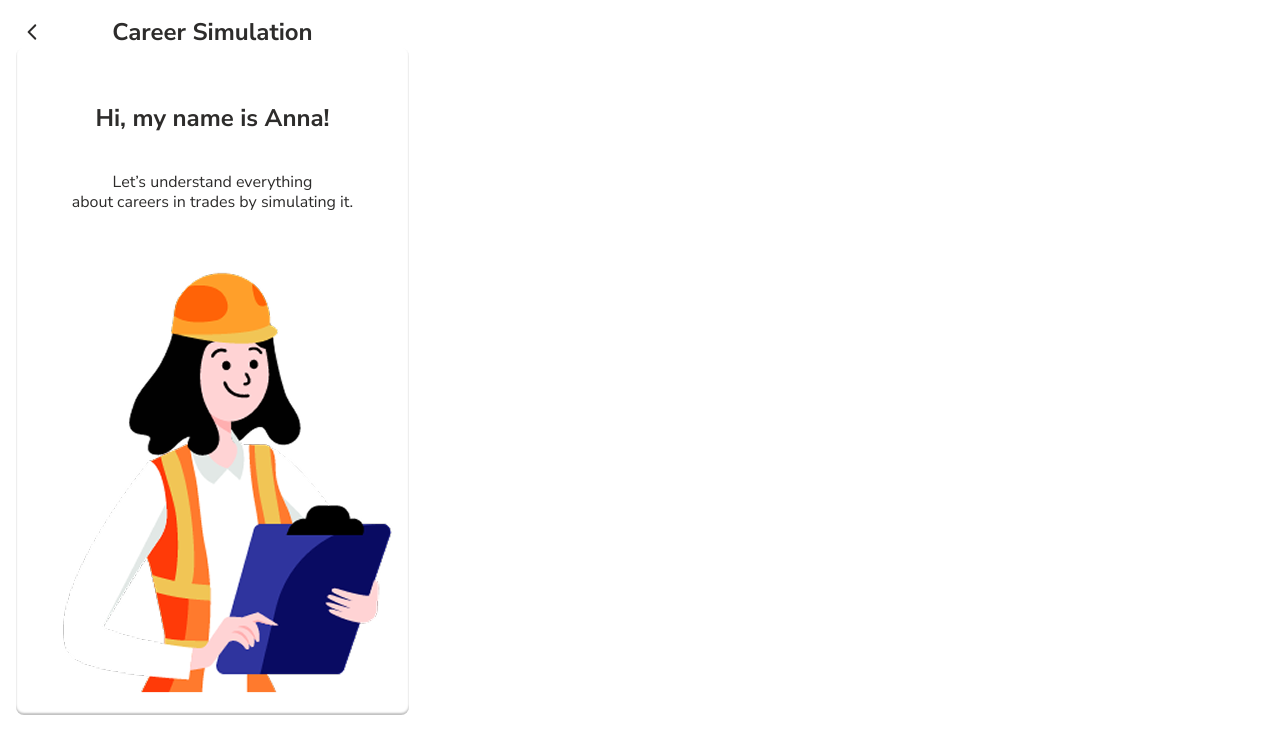
Repository: daniel-liu01/week10books
Page: /
These files come from the project's save history. The page is drawn as it stood at one moment and after the next save; the edit follows.
The browser window is 1280 px wide. The pictures show the whole page.
The project was rebuilt for these pictures with package versions that can differ from the ones it lists, and the page was loaded fresh each time. Also part of the build but not shown: vite.config.js, vite.config.ts, src/App.css.

Above is the page before, as saved 2025-10-17 18:05:37.

### index.html
<!DOCTYPE html>
<html lang="en">
    <head>
        <meta charset="UTF-8" />
        <link
            rel="icon"
            type="image/svg+xml"
            href="/vite.svg" />
        <meta
            name="viewport"
            content="width=device-width, initial-scale=1.0" />
        <title>frontend</title>
        <link
            rel="preconnect"
            href="https://fonts.googleapis.com" />
        <link
            rel="preconnect"
            href="https://fonts.gstatic.com"
            crossorigin />
        <link
            href="https://fonts.googleapis.com/css2?family=Nunito+Sans:ital,opsz,wght@0,6..12,200..1000;1,6..12,200..1000&display=swap"
            rel="stylesheet" />
    </head>
    <body>
        <div id="root"></div>
        <script
            type="module"
            src="/src/main.jsx"></script>
    </body>
</html>

### src/index.css
/* ------------------------------------------------------ GENERAL STYLES ------------------------------------------------------ */
*,
*::before,
*::after {
    box-sizing: inherit;
}

html,
body {
    padding: 0;

    font-family: var(--font-family);
    box-sizing: border-box;
}

body {
    width: 393px;
    min-height: 100vh;
    margin: 16px;
}

html {
    display: flex;
    align-items: flex-start;
}

/* ------------------------------------------------------ VARIABLES ------------------------------------------------------ */
:root {
    /* ----- COLORS ----- */
    --primary-50: #fff1e6;
    --primary-100: #ffd4b0;
    --primary-200: #ffbf8a;
    --primary-300: #ffa155;
    --primary-400: #ff8f34;
    --primary-500: #ff7301;
    --primary-600: #e86901;
    --primary-700: #b55201;
    --primary-800: #8c3f01;
    --primary-900: #6b3000;

    --secondary-50: #eefae6;
    --secondary-100: #cbefb1;
    --secondary-200: #b2e88b;
    --secondary-300: #8fdd55;
    --secondary-400: #79d635;
    --secondary-500: #58cc02;
    --secondary-600: #50ba02;
    --secondary-700: #3e9101;
    --secondary-800: #307001;
    --secondary-900: #255601;

    /* -- neutral colors -- */

    --offwhite-500: #f9f9f9;
    --white: #ffffff;
    --black-50: #eaeaea;
    --black-100: #bebebd;
    --black-200: #9e9e9d;
    --black-300: #727271;
    --black-400: #575655;
    --black-500: #2d2c2b;

    /* ----- TYPE ----- */
    --font-family: "Nunito Sans", sans-serif;

    --font-size-extra-large: 88px;
    --font-size-large: 30px;
    --font-size-extra-medium: 24px;
    --font-size-medium: 20px;
    --font-size-regular: 16px;
    --font-size-small: 12px;
    --font-size-extra-small: 10px;

    --font-style-normal: normal;
    --font-weight-bold: bold;

    --line-height-xxlarge: 100px;
    --line-height-large: 36px;
    --line-height-medium: 28px;
    --line-height-small: 20px;

    /* ----- SPACING ----- */
    --space-extra-small: 4px;
    --space-small: 8px;
    --space-regular: 16px;
    --space-medium: 32px;
    --space-large: 48px;
    --space-extra-large: 140px;

    /* ----- Inner shadow ----- */
    --inner-shadow: 0 -2px 2px 0 rgba(0, 0, 0, 0.25);
}

### src/App.jsx
import { useState } from "react";
import { BrowserRouter as Router, Routes, Route } from "react-router-dom";
import "./App.css";

import Simulation from "../app/Simulation/Simulation";

function App() {
    return (
        <div>
            <Simulation />
        </div>
    );
}

export default App;

### app/Simulation/Simulation.jsx
import styles from "./Simulation";
import HeadingBar from "../../components/HeadingBar/HeadingBar";
import Card from "../../components/Card/Card";

function Simulation() {
    return (
        <div>
            <HeadingBar />
            <Card
                image='Anna.png'
                title='Hi, my name is Anna!'
                description={
                    <>
                        Let’s understand everything <br />
                        about careers in trades by simulating it.
                    </>
                }
            />
        </div>
    );
}

export default Simulation;

### components/HeadingBar/HeadingBar.jsx
import styles from "./HeadingBar.module.css";
import ArrowBack from "../ArrowBack/ArrowBack";

function HeadingBar() {
    return (
        <div className={styles.heading_container}>
            <ArrowBack />
            <h1 className={styles.heading_pageTitle}>Career Simulation</h1>
            <div className={styles.heading_placeholder}></div>
        </div>
    );
}

export default HeadingBar;

### components/Card/Card.jsx
import styles from "./Card.module.css";

function Card({ image, title, description }) {
    return (
        <div className={styles.container}>
            <div className={styles.content}>
                <h3 className={styles.title}>{title}</h3>
                <p className={styles.description}>{description}</p>
            </div>
            {image && (
                <div className={styles.image_wrapper}>
                    <img
                        src={image}
                        alt={title}
                        className={styles.image}
                    />
                </div>
            )}
        </div>
    );
}

export default Card;

### components/HeadingBar/HeadingBar.module.css
.heading_container {
    width: 100%;
    display: flex;
    align-items: center;
    justify-content: space-between;
    gap: var(--space-small);
    margin: 0;
    padding: 0;
}

.heading_pageTitle {
    font-weight: var(--font-weight-bold);
    font-size: var(--font-size-extra-medium);
    margin: 0;
    line-height: 1;
    color: var(--black-500);
}

.heading_placeholder {
    width: var(--space-medium);
    height: var(--space-medium);
    visibility: hidden;
}

### components/ArrowBack/ArrowBack.jsx
import styles from "./ArrowBack.module.css";

function ArrowBack() {
    return (
        <div className={styles.arrow_container}>
            <svg
                className={styles.arrow_icon}
                xmlns='http://www.w3.org/2000/svg'
                width='16'
                height='16'
                viewBox='0 0 12 20'
                fill='none'>
                <path
                    d='M10.7071 19.2929C10.3166 19.6834 9.68342 19.6834 9.29289 19.2929L0.707106 10.7071C0.316582 10.3166 0.316583 9.68342 0.707107 9.29289L9.29289 0.707106C9.68342 0.316582 10.3166 0.316582 10.7071 0.707107L11.0679 1.06789C11.4584 1.45842 11.4584 2.09158 11.0679 2.48211L3.55 10L11.0679 17.5179C11.4584 17.9084 11.4584 18.5416 11.0679 18.9321L10.7071 19.2929Z'
                    fill='currentColor'
                />
            </svg>
        </div>
    );
}

export default ArrowBack;

### components/Card/Card.module.css
.container {
    display: flex;
    padding: var(--space-regular);
    flex-direction: column;
    justify-content: space-between;
    align-items: center;
    flex: 1 0 0;
    align-self: stretch;
    border-radius: var(--space-small);
    background: var(--white);
    box-shadow: var(--inner-shadow) inset;
}

.content {
    display: flex;
    padding: var(--space-regular);
    flex-direction: column;
    justify-content: space-between;
    align-items: center;
    flex: 1 0 0;
    align-self: stretch;
    font-family: var(--font-family);
    color: var(--black-500);
    text-align: center;
}

.title {
    font-size: var(--font-size-extra-medium);
    font-weight: var(--font-weight-bold);
    line-height: var(--line-height-medium);
}

.description {
    font-size: var(--font-size-regular);
    line-height: var(--line-height-small);
}

.image_wrapper {
}

.image {
}

### components/ArrowBack/ArrowBack.module.css
.arrow_container {
    display: inline-flex;
    align-items: center;
    justify-content: center;
    background: none;
    border: none;
    cursor: pointer;
    padding: 0;
    width: var(--space-medium);
    height: var(--space-medium);
}

.arrow_icon {
    color: var(--black-500);
    width: var(--space-regular);
    height: var(--space-regular);
}

.arrow_container:hover .arrow_icon {
    color: var(--primary-500);
}

Loaded but not shown: src/main.jsx (common file)

After the next save:
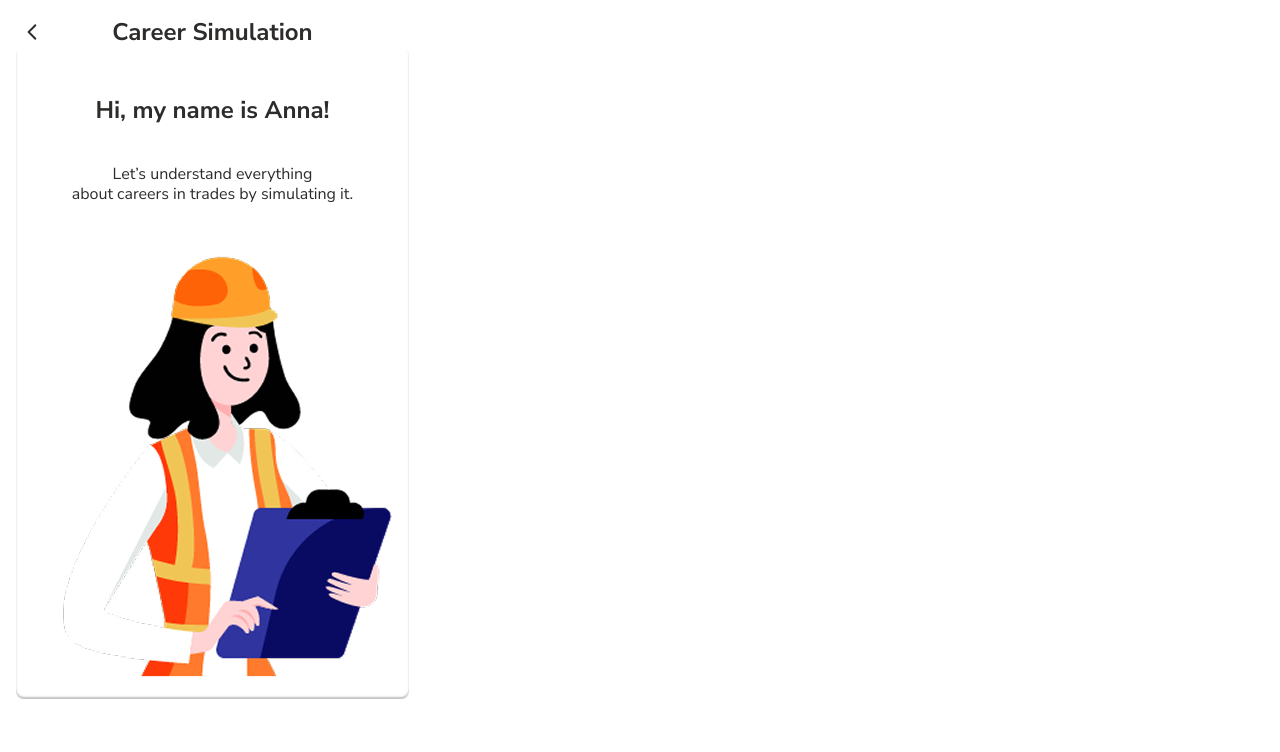
Saved 48 s later.
--- a/components/Card/Card.module.css
+++ b/components/Card/Card.module.css
@@ -13,7 +13,7 @@
 
 .content {
     display: flex;
-    padding: var(--space-regular);
+    padding: var(--space-small);
     flex-direction: column;
     justify-content: space-between;
     align-items: center;
